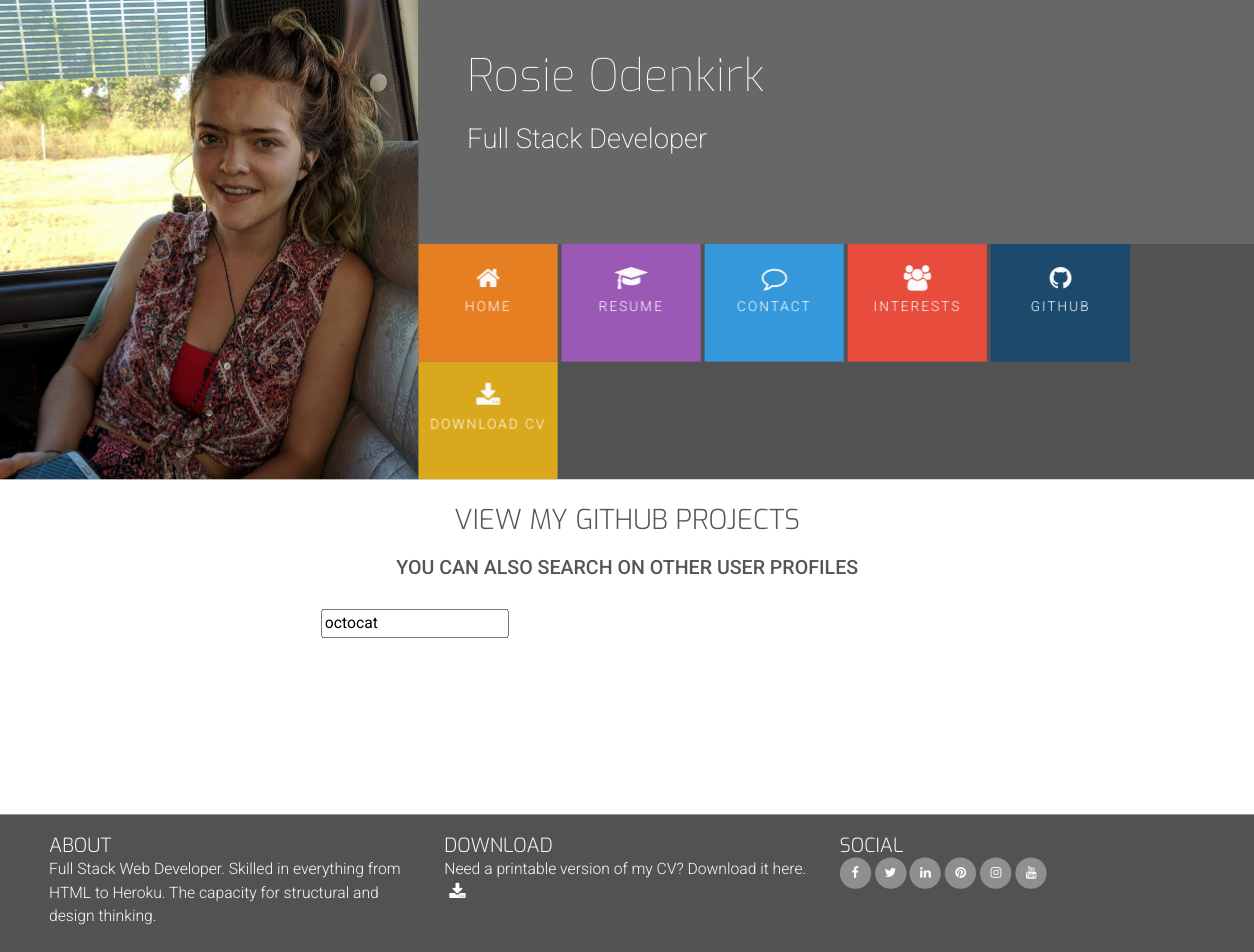
Repository: Heywood93/resume
Page: github.html
The author's editor kept a record of every edit. The page is drawn from the files as they stood at one moment, then again after the next edit.
The browser window is 1280 px wide. The pictures show the whole page, at 98% of full size.
Some web libraries are served in a nearby version.

Above is the page before.
Not found: assets/js/github-information.js

After the next edit:
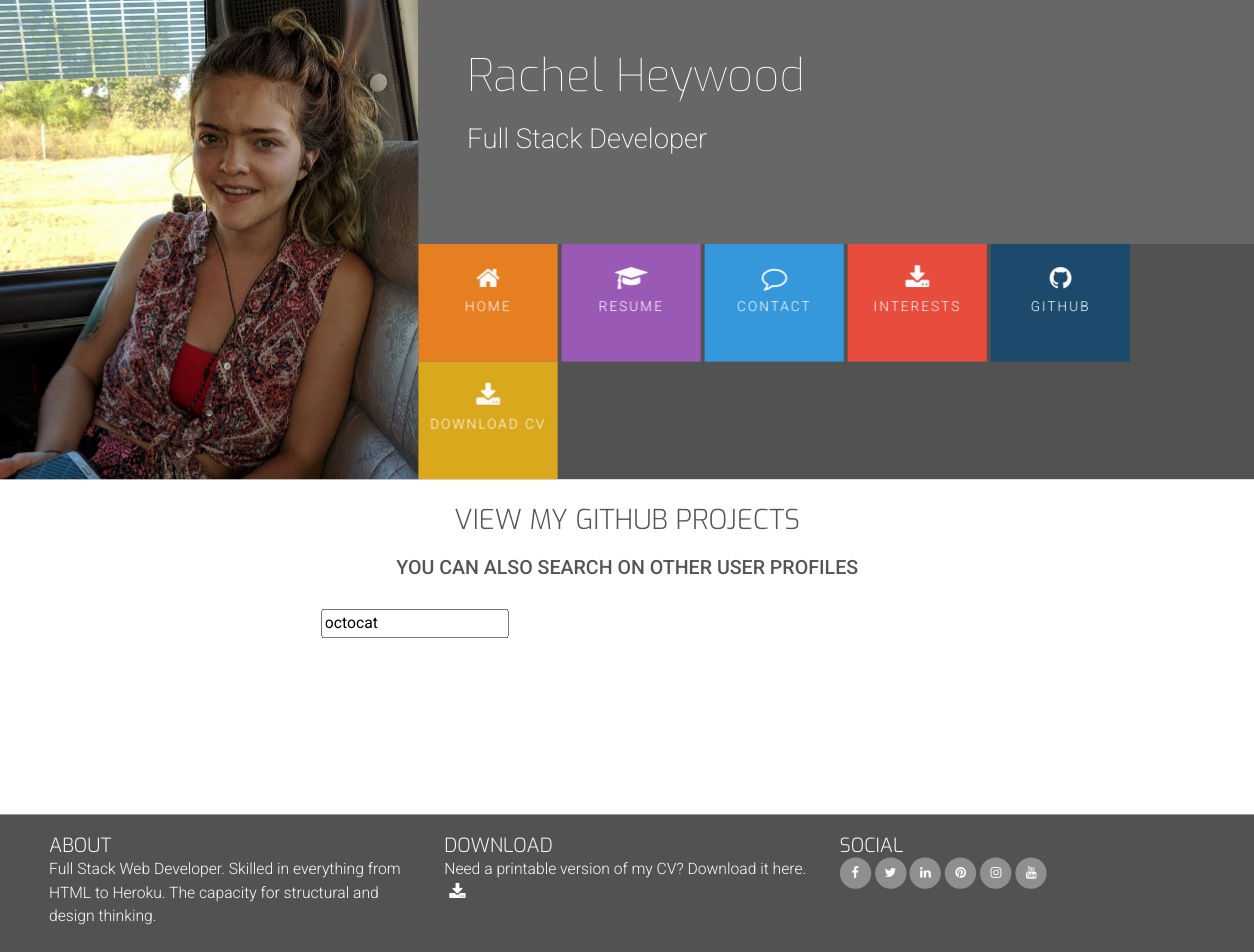
The edit:
--- a/github.html
+++ b/github.html
@@ -18,41 +18,38 @@
 <body>
     <header>
         <div class="row no-gutters">
-            <a href="index.html" class="col-md-4 logo">
-
-            </a>
+            <a class="col-md-4 logo" href="index.html"></a>
             <div class="col-md-8">
                 <div class="row no-gutters bg-color-name-title">
                     <div class="col heading">
-                        <h1 class="name">Rosie Odenkirk</h1>
-                        <h2 class="title">Full Stack Developer</h2>
+                        <h1 class="name">Rachel Heywood</h1>
+                        <h2 class="title"> Full Stack Developer</h2>
                     </div>
                 </div>
                 <div class="row no-gutters">
                     <div class="col">
                         <ul id="nav" class="list-inline menucontainer">
-                            <li class="col-6 col-sm-2 ui-menu-color-home list-inline-item menuitem">
+                            <li class="col-6 col-sm-2 list-inline-item ui-menu-color-home menuitem">
                                 <a href="index.html" class="hvr-sweep-to-bottom"><i class="fa fa-home" aria-hidden="true"></i><span>Home</span></a>
                             </li>
-                            <li class="col-6 col-sm-2 ui-menu-color-resume list-inline-item menuitem">
+                            <li class="col-6 col-sm-2 list-inline-item ui-menu-color-resume menuitem">
                                 <a href="resume.html" class="hvr-sweep-to-bottom"><i class="fa fa-graduation-cap" aria-hidden="true"></i><span>Resume</span></a>
                             </li>
-                            <li class="col-6 col-sm-2 ui-menu-color-contact list-inline-item menuitem">
+                            <li class="col-6 col-sm-2 list-inline-item ui-menu-color-contact menuitem">
                                 <a href="contact.html" class="hvr-sweep-to-bottom"><i class="fa fa-comment-o" aria-hidden="true"></i><span>Contact</span></a>
                             </li>
-                            <li class="col-6 col-sm-2 ui-menu-color-interests list-inline-item menuitem">
-                                <a href="interests.html" class="hvr-sweep-to-bottom"><i class="fa fa-users" aria-hidden="true"></i><span>Interests</span></a>
+                            <li class="col-6 col-sm-2 list-inline-item ui-menu-color-interests menuitem">
+                                <a href="interests.html" target="_blank" class="hvr-sweep-to-bottom"><i class="fa fa-download" aria-hidden="true"></i><span>Interests</span></a>
                             </li>
-                            <li class="col-6 col-sm-2 ui-menu-color-github list-inline-item menuitem">
-                                <a href="github.html" class="hvr-sweep-to-bottom"><i class="fa fa-github" aria-hidden="true"></i><span>GitHub</span></a>
+                            <li class="col-6 col-sm-2 list-inline-item ui-menu-color-github menuitem">
+                                <a href="github.html" target="_blank" class="hvr-sweep-to-bottom"><i class="fa fa-github" aria-hidden="true"></i><span>Github</span></a>
                             </li>
-                            <li class="col-6 col-sm-2 ui-menu-color-download list-inline-item menuitem">
+                            <li class="col-6 col-sm-2 list-inline-item ui-menu-color-download menuitem">
                                 <a href="assets/cv/sample-cv.pdf" target="_blank" class="hvr-sweep-to-bottom"><i class="fa fa-download" aria-hidden="true"></i><span>Download CV</span></a>
                             </li>
                         </ul>
                     </div>
                 </div>
-
             </div>
         </div>
     </header>
